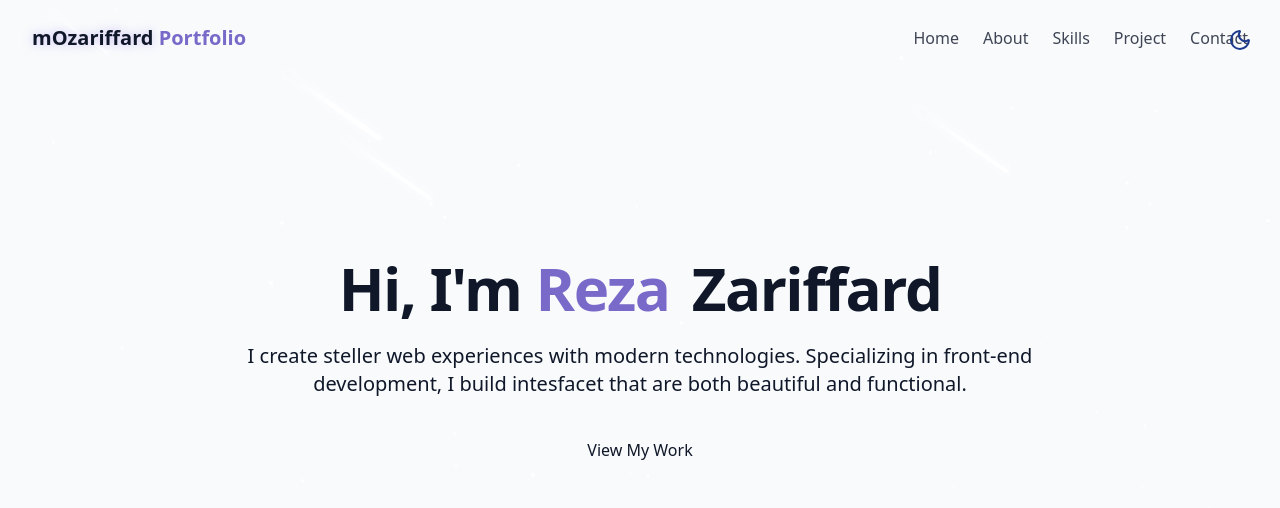
Repository: mOzariffard/Portfolio
Page: /
These files come from the project's save history. The page is drawn as it stood at one moment and after the next save; the edit follows.
The browser window is 1280 px wide. The pictures show the whole page.
The project was rebuilt for these pictures with package versions that can differ from the ones it lists, and the page was loaded fresh each time. Also part of the build but not shown: vite.config.js, src/pages/NotFound.jsx.

Above is the page before, as saved 2025-06-29 13:17:09.

After the next save:
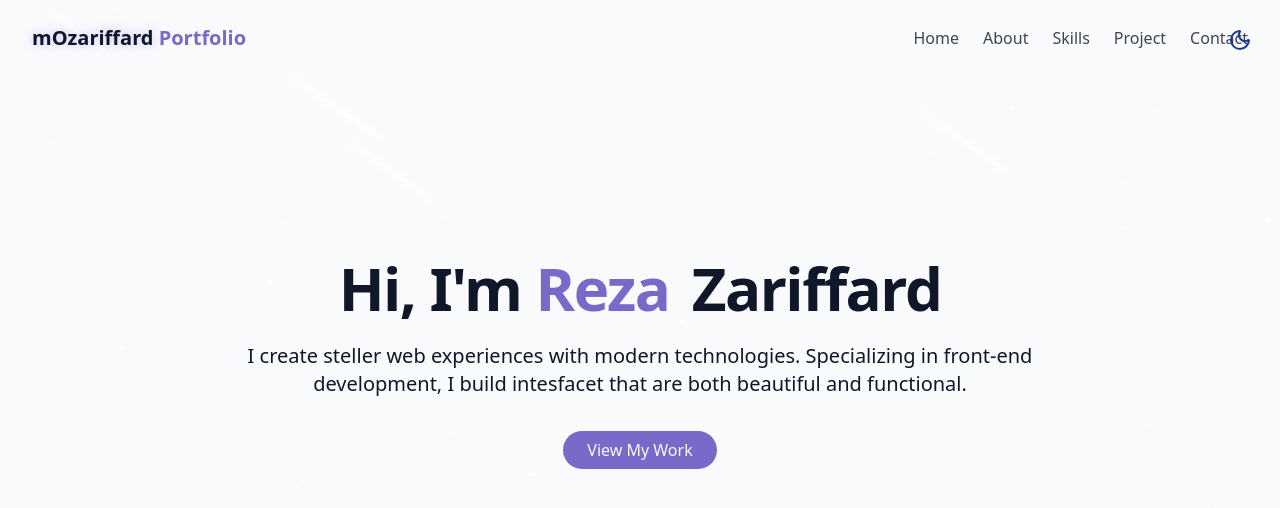
Saved 15 s later.
--- a/src/components/HeroSection.jsx
+++ b/src/components/HeroSection.jsx
@@ -16,7 +16,7 @@ const HeroSection = () => {
                     that are both beautiful and functional.
                 </p>
                 <div className='pt-4 opacity-0 animate-fade-in-delay-4'>
-                    <a href="#projects"> View My Work</a>
+                    <a href="#projects" className='cosmic-button'> View My Work</a>
                 </div>
             </div>
         </div>
